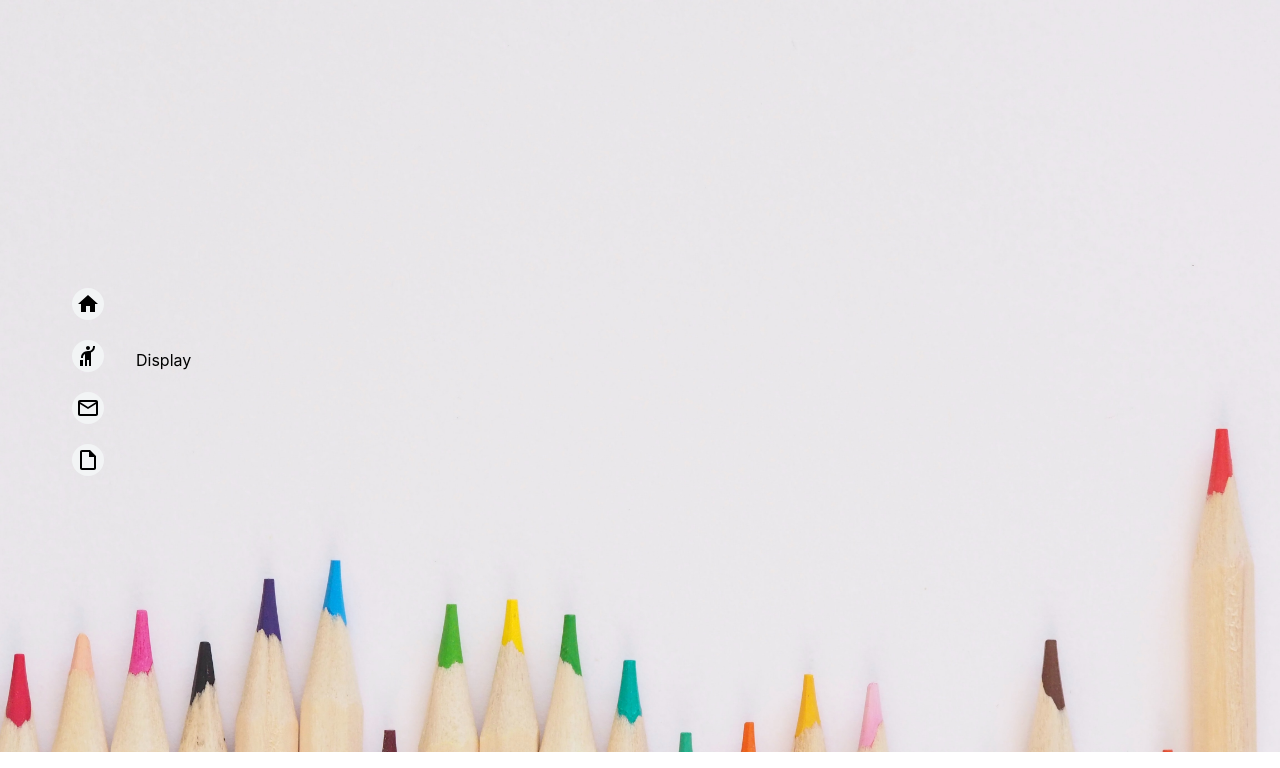
Repository: ujjawalmittal55/portfolio1
Page: /
These files come from the project's save history. The page is drawn as it stood at one moment and after the next save; the edit follows.
The browser window is 1280 px wide. The pictures show the whole page.
The project was rebuilt for these pictures with package versions that can differ from the ones it lists, and the page was loaded fresh each time.

Above is the page before, as saved 2022-05-04 22:32:33.

### src/index.tsx
import React from 'react';
import ReactDOM from 'react-dom/client';
import './index.css';
import App from './App';
import Portfolio from './Portfolio';
import SideBar from "./SideBar";

import reportWebVitals from './reportWebVitals';

const rootElement = document.getElementById('root');
if (!rootElement) throw new Error('Failed to find the root element');
const root = ReactDOM.createRoot(rootElement);
root.render(
  <React.StrictMode>
    <Portfolio />
  </React.StrictMode>
);

// If you want to start measuring performance in your app, pass a function
// to log results (for example: reportWebVitals(console.log))
// or send to an analytics endpoint. Learn more: https://bit.ly/CRA-vitals
reportWebVitals();

### src/Portfolio.tsx
import React from "react";
import {
  BrowserRouter as Router,
  Route,
  Link
} from "react-router-dom";
import Display from "./Display";
import "./homepage.css";
import SideBar from "./SideBar";
function Portfolio() {
  return (
    <div className="Home">
      <div className="sidebar">
        <SideBar />
      </div>
      <div>
          <Display/>
      </div>
    </div>
  );
}

export default Portfolio;

### src/Display.tsx
import React from 'react'
import './display.css'
function Display() {
  return (
    <div className="display">Display</div>
  )
}

export default Display

### src/homepage.css
.Home
{
   background-image: url("/public/bg.jpg");
    background-size: cover;
    background-repeat: no-repeat;
    display:flex;
}

### src/SideBar.tsx
import React from "react";
import "./sidebar.css";
import HomeIcon from "@mui/icons-material/Home";
import HailIcon from "@mui/icons-material/Hail";
import InsertDriveFileOutlinedIcon from "@mui/icons-material/InsertDriveFileOutlined";
import EmailOutlinedIcon from "@mui/icons-material/EmailOutlined";
function SideBar() {
  return (
    <div>
      <div className="sidebar">
        <ul className="sidebar-items">
        <li className="list">
          <div className="list-div">
            <HomeIcon>home</HomeIcon>
          </div>
        </li>
        <li className="list">
          <div className="list-div">
            <HailIcon>home</HailIcon>
          </div>
        </li>
        <li className="list">
          <div className="list-div">
            <EmailOutlinedIcon>home</EmailOutlinedIcon>
          </div>
        </li>
        <li className="list">
          <div className="list-div">
            <InsertDriveFileOutlinedIcon>home</InsertDriveFileOutlinedIcon>
          </div>
        </li>
      </ul>
        </div>

    </div>
  );
}

export default SideBar;

### src/display.css
.display {
  display: flex;
  justify-content: center;
  align-items: center;
  text-align: center;
  height: 100vh;
}

### src/sidebar.css
.sidebar {
  height: 100%;
  /* background-color: rgb(221, 195, 195) */
}
.sidebar {
  height: 100vh;
  display: grid;
  align-items: center;
  text-align: center;
  text-decoration: none;
}
.sidebar {
  padding: 0;
  margin: 1em;
}

.list {
  font-size: 1em;
  margin-bottom: 1.25em;
  list-style-type: none;
  text-align: center;
  text-decoration: none;
  padding: auto;
}

.list-div:hover {
  text-decoration: underline;
  transform: scale(1.25);
  background-color: rgb(126, 128, 247);
}

.list-div {
  display: flex;
  justify-content: center;
  align-items: center;
  text-align: center;
  height: 2em;
  width: 2em;
  background-color: rgb(242, 244, 245);
  border-radius: 50%;
  transition-duration: 0.5s;
}

Loaded but not shown: public/index.html (common file); src/index.css (common file); src/reportWebVitals.js (common file)

After the next save:
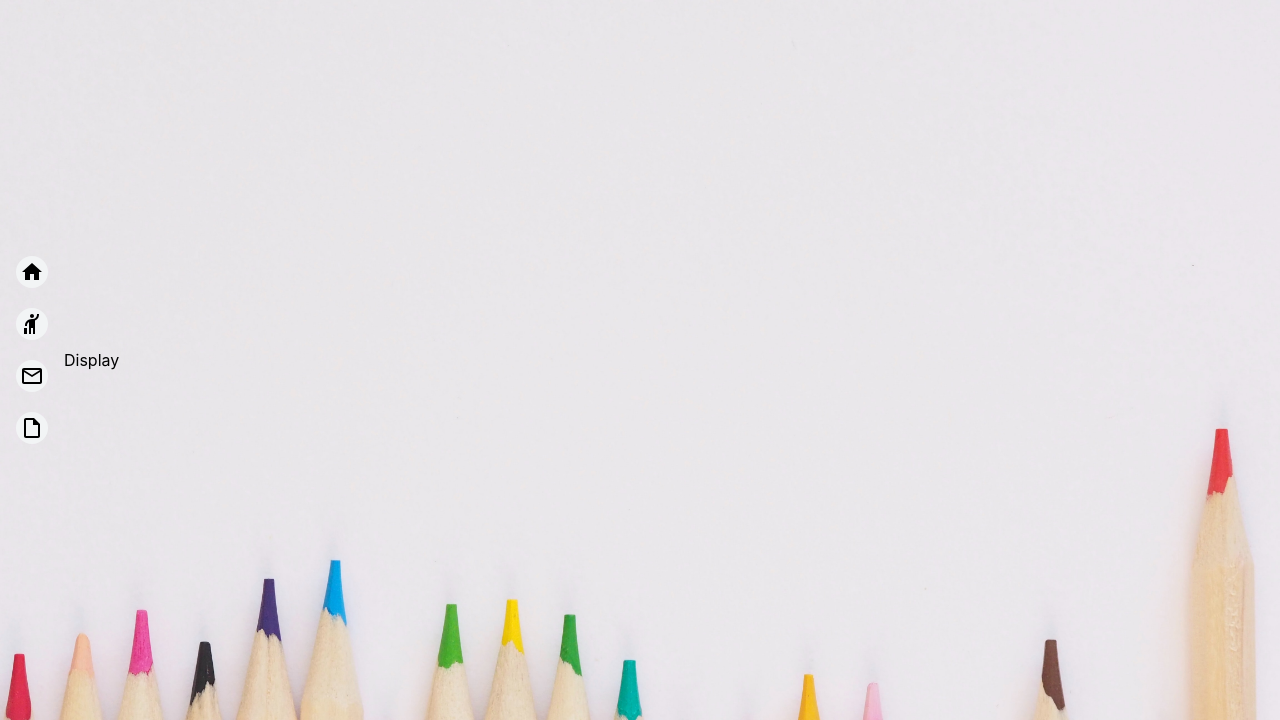
Saved 15 s later.
--- a/src/sidebar.css
+++ b/src/sidebar.css
@@ -9,7 +9,7 @@
   text-align: center;
   text-decoration: none;
 }
-.sidebar {
+.sidebar-items {
   padding: 0;
   margin: 1em;
 }
